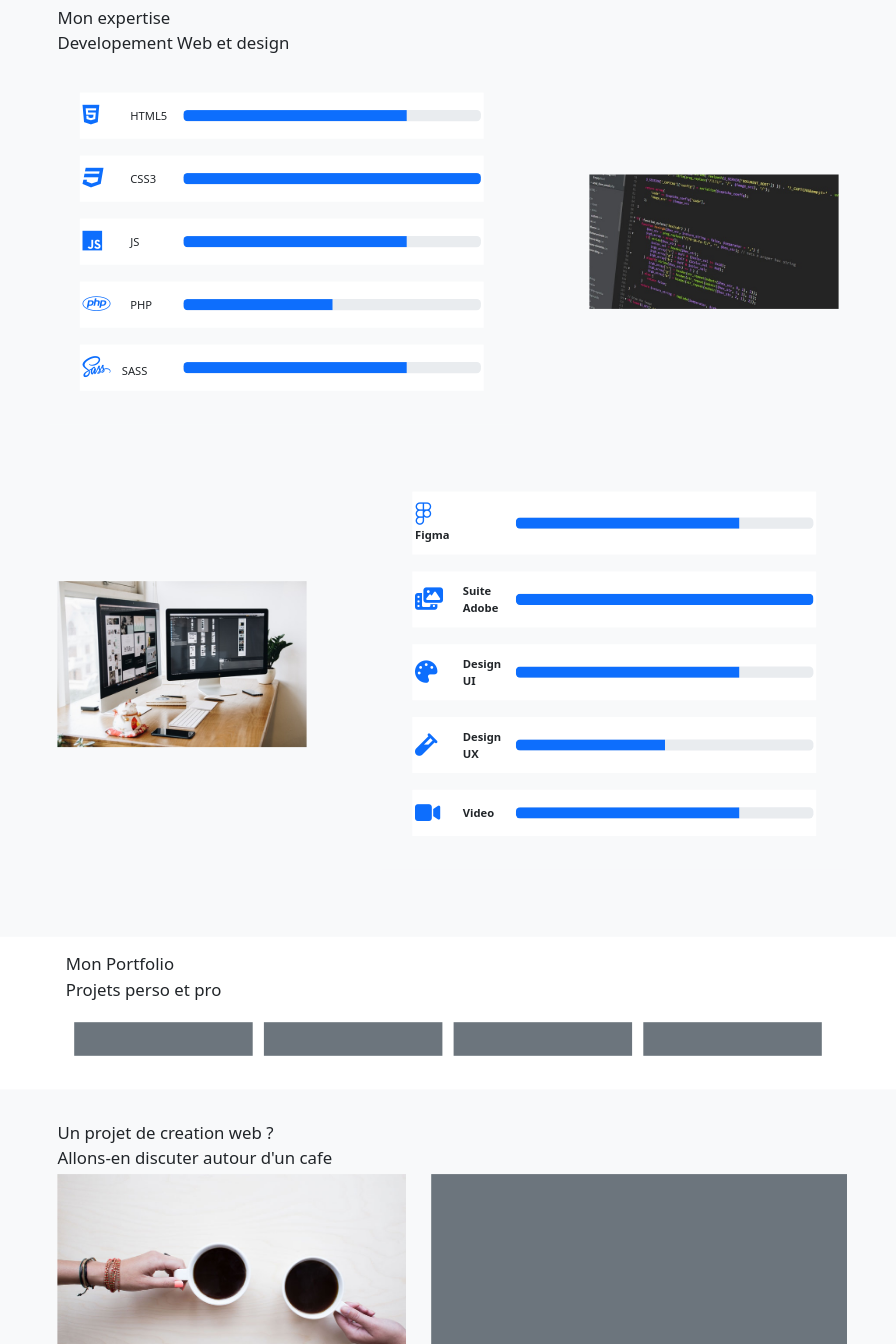
Repository: wadelfadill/Bootstrap_tache_1_portfolio
Page: index.html
An editor plug-in stored every save of this project. The page is shown before and after the next save, followed by the edit.
The browser window is 1280 px wide. The pictures show the part of the page from y = 815 to 2735 px (the page is 2982 px tall before and 3020 px after), at 70% of full size.
Some web libraries are served in a nearby version.

Above is the page before, as saved 2023-03-28 22:31:21.

### index.html
<!DOCTYPE html>
<html lang="en">
<head>
    <meta charset="UTF-8">
    <meta http-equiv="X-UA-Compatible" content="IE=edge">
    <meta name="viewport" content="width=device-width, initial-scale=1.0">
    <title>Portfolio_Bootstrap</title>
    <link href="https://cdn.jsdelivr.net/npm/bootstrap@5.3.0-alpha2/dist/css/bootstrap.min.css" rel="stylesheet" integrity="sha384-aFq/bzH65dt+w6FI2ooMVUpc+21e0SRygnTpmBvdBgSdnuTN7QbdgL+OapgHtvPp" crossorigin="anonymous">
    <link rel="stylesheet" href="https://cdn.jsdelivr.net/npm/bootstrap-icons@1.5.0/font/bootstrap-icons.css">
    <link rel="stylesheet" href="https://cdnjs.cloudflare.com/ajax/libs/font-awesome/5.15.4/css/all.min.css" integrity="sha512-1ycn6IcaQQ40/MKBW2W4Rhis/DbILU74C1vSrLJxCq57o941Ym01SwNsOMqvEBFlcgUa6xLiPY/NS5R+E6ztJQ==" crossorigin="anonymous" referrerpolicy="no-referrer" />
    <link rel="stylesheet" href="style.css">
    <!-- Font Awesome -->
    <script src="https://kit.fontawesome.com/14273d579a.js" crossorigin="anonymous"></script>
</head>
<body>
    <header>
        <nav class="navbar navbar-expand-md bg-light navbar-light container-fluid fixed-top">
            <div class="container">
                <a href="/index.html" class="nav-brand text-uppercase fw-bolder link-dark link-underline-opacity-0">
                    <span class="bg-primary bg-gradient p-1 rounded-3 text-light">JOHN</span>DOE
                </a>
                <button class="navbar-toggler" type="button" data-bs-toggle="collapse" data-bs-target="#navbarNav" aria-controls="navbarNav" aria-expanded="false" aria-label="Toggle navigation">
                    <span class="navbar-toggler-icon"></span>
                </button>
                <div class="collapse navbar-collapse justify-content-end" id="navbarNav">
                    <ul class="navbar-nav">
                        <li class="nav-item">
                            <a class="nav-link" href="#johndoe">Qui suis-je ?</a>
                        </li>
                        <li class="nav-item">
                            <a class="nav-link" href="#expertise">Expertises</a>
                        </li>
                        <li class="nav-item">
                            <a class="nav-link" href="#portfolio">Portfolio</a>
                        </li>
                        <li class="nav-item">
                            <a class="nav-link" href="#contact">Contact</a>
                        </li>
                    </ul>
                </div>
            </div>
        </nav>
    </header>
    <main>
        <section class="my-5">
            <div class="container">
                <div class="row gy-4 gy-md-0 align-items-center">
                    <div class="col-12 col-md-6 py-5 py-md-0">
                        <p class="h2 fw-bold">Je suis John Doe Developpeur et Designer Web</p>
                        <p class="h2 fw-light">Bienvenue dans mon univers creatif</p>
                        <a class="btn btn-primary mt-5" href="#expertise" role="button">Mon expertise Web</a>

                    </div>
                    <div class="col-12 col-md-6">
                        <img src="img/portrait.jpg" alt="profile de Jhon Doe" class="w-100">
                    </div>
                </div>
            </div>
        </section>
        <section>
            <div class="container-fluid bg-light py-5 mt-5">
                <div class="container">
                 <p class="h4 .fs-3 .fs-md-2" id="expertise">Mon expertise</p>
                 <p class="h4 .fs-3 .fs-md-2">Developement Web et design</p>
                <div class="row gy-4 gy-md-0 align-items-center">
                    <div class="col-12 col-md-7 bg-light p-5 justify-content-between gap-3">
                        <div class="row bg-body py-3 align-items-center gx-2">
                            <div class="col-3 d-flex align-items-center">
                                <div class="col-6"><i class="fab fa-html5 fa-2x me-3 text-primary" aria-hidden="true"></i></div>
                                <div class="col-6"><span class="pb-5">HTML5</span></div>
                            </div>
                            <div class="col-9">
                                <div class="progress">
                                    <div class="progress-bar" role="progressbar" style="width: 75%" aria-valuenow="75" aria-valuemin="0" aria-valuemax="100"></div>
                                </div>
                            </div>
                        </div>
                        <div class="row bg-body py-3 align-items-center gx-2 mt-4">
                            <div class="col-3 d-flex align-items-center">
                                <div class="col-6"><i class="fab fa-css3 fa-2x me-3 text-primary" aria-hidden="true"></i></div>
                                <div class="col-6"><span class="pb-5">CSS3</span> </div>
                            </div>
                            <div class="col-9">
                                <div class="progress">
                                    <div class="progress-bar" role="progressbar" style="width: 100%" aria-valuenow="100" aria-valuemin="0" aria-valuemax="100"></div>
                                </div>
                            </div>
                        </div>
                        <div class="row bg-body py-3 align-items-center gx-2 mt-4">
                            <div class="col-3 d-flex align-items-center">
                                <div class="col-6"><i class="fab fa-js fa-2x me-3 text-primary" aria-hidden="true"></i></div>
                                <div class="col-6"> <span class="pb-5">JS</span></div>
                            </div>
                            <div class="col-9">
                                <div class="progress">
                                    <div class="progress-bar" role="progressbar" style="width: 75%" aria-valuenow="75" aria-valuemin="0" aria-valuemax="100"></div>
                                </div>
                            </div>
                        </div>
                        <div class="row bg-body py-3 align-items-center gx-2 my-4">
                            <div class="col-3 d-flex align-items-center">
                                <div class="col-6"><i class="fab fa-php fa-2x me-3 text-primary" aria-hidden="true"></i></div>
                                <div class="col-6"><span class="pb-5">PHP</span></div>
                            </div>
                            <div class="col-9">
                                <div class="progress">
                                    <div class="progress-bar" role="progressbar" style="width: 50%" aria-valuenow="50" aria-valuemin="0" aria-valuemax="100"></div>
                                </div>
                            </div>
                        </div>
                        <div class="row bg-body py-3 align-items-center gx-2">
                            <div class="col-3">
                                <i class="fab fa-sass fa-2x me-3 text-primary" aria-hidden="true"></i><span class="pb-5">SASS</span>
                            </div>
                            <div class="col-9">
                                <div class="progress">
                                    <div class="progress-bar" role="progressbar" style="width: 75%" aria-valuenow="75" aria-valuemin="0" aria-valuemax="100"></div>
                                </div>
                            </div>
                        </div>
                    </div>
                    <div class="col-12 col-md-4 offset-md-1">
                        <img src="img/code.jpg" alt="" class="w-100">
                    </div>
                </div>
                <div class="row my-5 gy-4 gy-md-0 align-items-center">
                    <div class="col-12 col-md-4">
                        <img src="img/design.jpg" alt="" class="w-100">
                    </div>
                    <div class="col-12 col-md-7 bg-light offset-md-1 p-5">
                        <div class="row bg-body py-3 align-items-center gx-2">
                            <div class="col-3">
                                <div class="col-6"><i class="fab fa-figma fa-2x me-3 text-primary" aria-hidden="true"></i></div>
                                <div class="col-6"><span class="pb-5 fw-bold">Figma</span></div>
                            </div>
                            <div class="col-9">
                                <div class="progress">
                                    <div class="progress-bar" role="progressbar" style="width: 75%" aria-valuenow="75" aria-valuemin="0" aria-valuemax="100"></div>
                                </div>
                            </div>
                        </div>
                        <div class="row bg-body py-3 align-items-center gx-2 mt-4">
                            <div class="col-3 d-flex align-items-center">
                                <div class="col-6"><i class="fas fa-photo-video fa-2x me-3 text-primary" aria-hidden="true"></i></div>
                                <div class="col-6"><span class="pb-5 fw-bold text-wrap">Suite Adobe</span></div>
                            </div>
                            <div class="col-9">
                                <div class="progress">
                                    <div class="progress-bar" role="progressbar" style="width: 100%" aria-valuenow="100" aria-valuemin="0" aria-valuemax="100"></div>
                                </div>
                            </div>
                        </div>
                        <div class="row bg-body py-3 align-items-center gx-2 mt-4">
                            <div class="col-3 d-flex align-items-center">
                                <div class="col-6"><i class="fas fa-palette fa-2x me-3 text-primary" aria-hidden="true"></i></div>
                                <div class="col-6"></i><span class="pb-5 fw-bold">Design UI</span></div>

                            </div>
                            <div class="col-9">
                                <div class="progress">
                                    <div class="progress-bar" role="progressbar" style="width: 75%" aria-valuenow="75" aria-valuemin="0" aria-valuemax="100"></div>
                                </div>
                            </div>
                        </div>
                        <div class="row bg-body py-3 align-items-center gx-2 my-4">
                            <div class="col-3 d-flex align-items-center">
                                <div class="col-6"><i class="fas fa-vial fa-2x me-3 text-primary" aria-hidden="true"></i></div>
                                <div class="col-6"><span class="pb-5 fw-bold">Design UX</span></div>
                            </div>
                            <div class="col-9">
                                <div class="progress">
                                    <div class="progress-bar" role="progressbar" style="width: 50%" aria-valuenow="50" aria-valuemin="0" aria-valuemax="100"></div>
                                </div>
                            </div>
                        </div>
                        <div class="row bg-body py-3 align-items-center gx-2">
                            <div class="col-3 d-flex align-items-center">
                                <div class="col-6"><i class="fas fa-video fa-2x me-3 text-primary" aria-hidden="true"></i></div>
                                <div class="col-6"></i><span class="pb-5 fw-bold">Video</span></div>
                            </div>
                            <div class="col-9">
                                <div class="progress">
                                    <div class="progress-bar" role="progressbar" style="width: 75%" aria-valuenow="75" aria-valuemin="0" aria-valuemax="100"></div>
                                </div>
                            </div>
                        </div>
                    </div>
                </div>
             </div>
            </div>

        </section>
        <section class="container">
            <div class="container my-4">
                <p class="h4 .fs-3 .fs-md-2" id="portfolio">Mon Portfolio</p>
                <p class="h4 .fs-3 .fs-md-2">Projets perso et pro</p>
                <div class="row gap-3 p-4">
                    <div class="col-12 col-md bg-secondary py-4"></div>
                    <div class="col-12 col-md bg-secondary py-4"></div>
                    <div class="col-12 col-md bg-secondary py-4"></div>
                    <div class="col-12 col-md bg-secondary py-4"></div>
                </div>
            </div>
        </section>
        <section class="p-5 bg-light">
            <div class="container">
                <p class="h4 .fs-3 .fs-md-2" id="contact">Un projet de creation web ?</p>
                <p class="h4 .fs-3 .fs-md-2">Allons-en discuter autour d'un cafe</p>
                <div class="row gap-4 gy-4 gy-md-0">
                    <div class="col-12 col-md">
                        <img src="img/grab-a-coffee.jpg" class="w-100" alt="">
                    </div>
                    <div class="col-12 col-md bg-secondary p-5"></div>
                </div>
            </div>
        </section>
    </main>
    <footer>
        <div class="container">
            <div class="row gap-3 py-3">
                <div class="col-12 col-md p-4 bg-secondary"></div>
                <div class="col-12 col-md p-4 bg-secondary"></div>
                <div class="col-12 col-md p-4 text-md-end">
                    <a href="#" target="_blank" class="link-dark link-underline-opacity-0">
                        <i class="bi bi-linkedin h4"></i>
                    </a>
                    <a href="#" target="_blank" class="link-dark link-underline-opacity-0">
                        <i class="bi bi-instagram h4"></i>
                    </a>
                    <a href="#" target="_blank" class="link-dark link-underline-opacity-0">
                        <i class="bi bi-twitter h4"></i>
                    </a>
                </div>
            </div>
        </div>
    </footer>
    <script src="https://cdn.jsdelivr.net/npm/bootstrap@5.3.0-alpha2/dist/js/bootstrap.bundle.min.js" integrity="sha384-qKXV1j0HvMUeCBQ+QVp7JcfGl760yU08IQ+GpUo5hlbpg51QRiuqHAJz8+BrxE/N" crossorigin="anonymous"></script>

</body>
</html>

Loaded but not shown: style.css (no stored copy; drawn as an empty file)

After the next save:
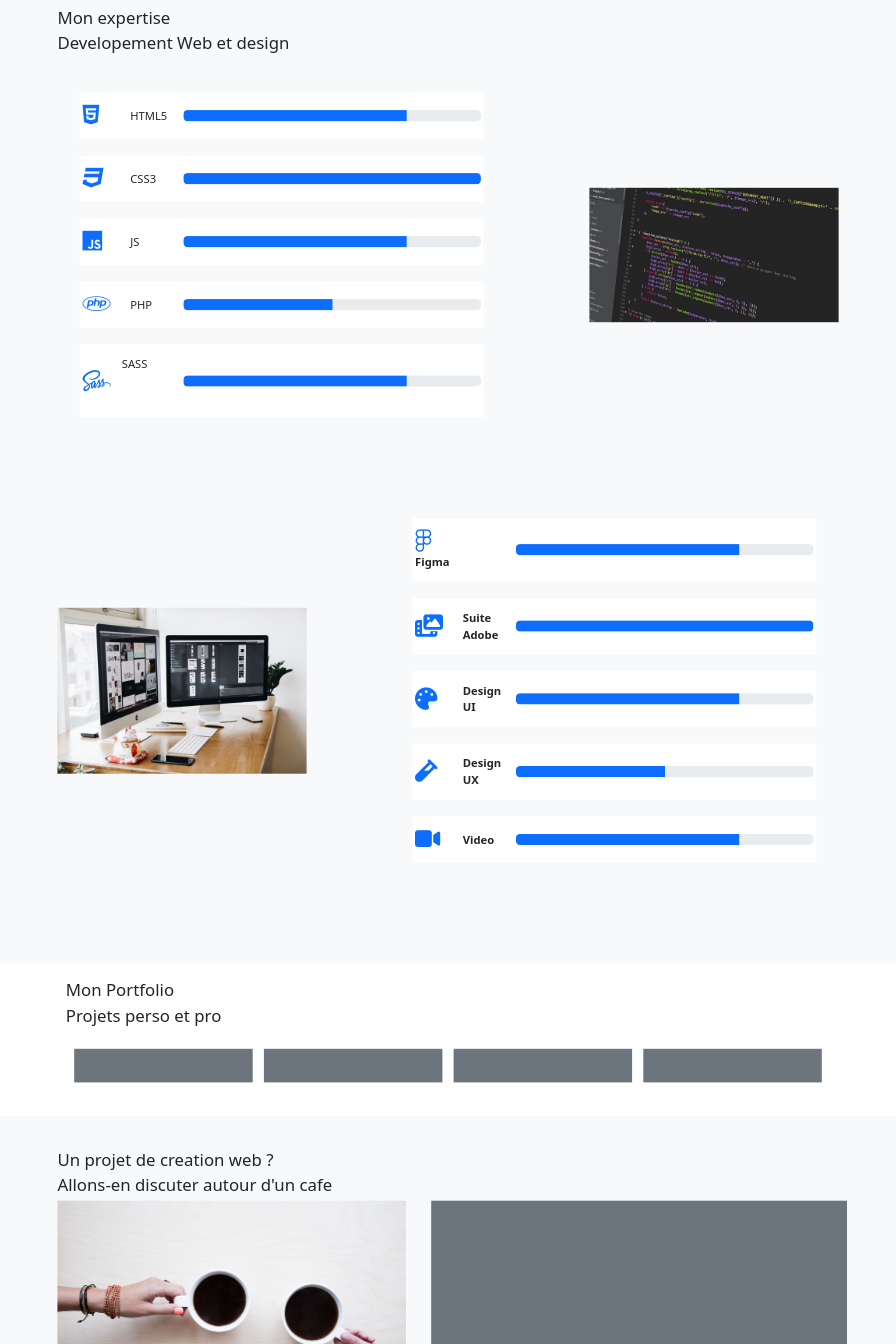
Saved 14 s later.
--- a/index.html
+++ b/index.html
@@ -109,7 +109,7 @@
                             </div>
                         </div>
                         <div class="row bg-body py-3 align-items-center gx-2">
-                            <div class="col-3">
+                            <div class="col-3 d-flex align-items-center">
                                 <i class="fab fa-sass fa-2x me-3 text-primary" aria-hidden="true"></i><span class="pb-5">SASS</span>
                             </div>
                             <div class="col-9">

After the save that followed:
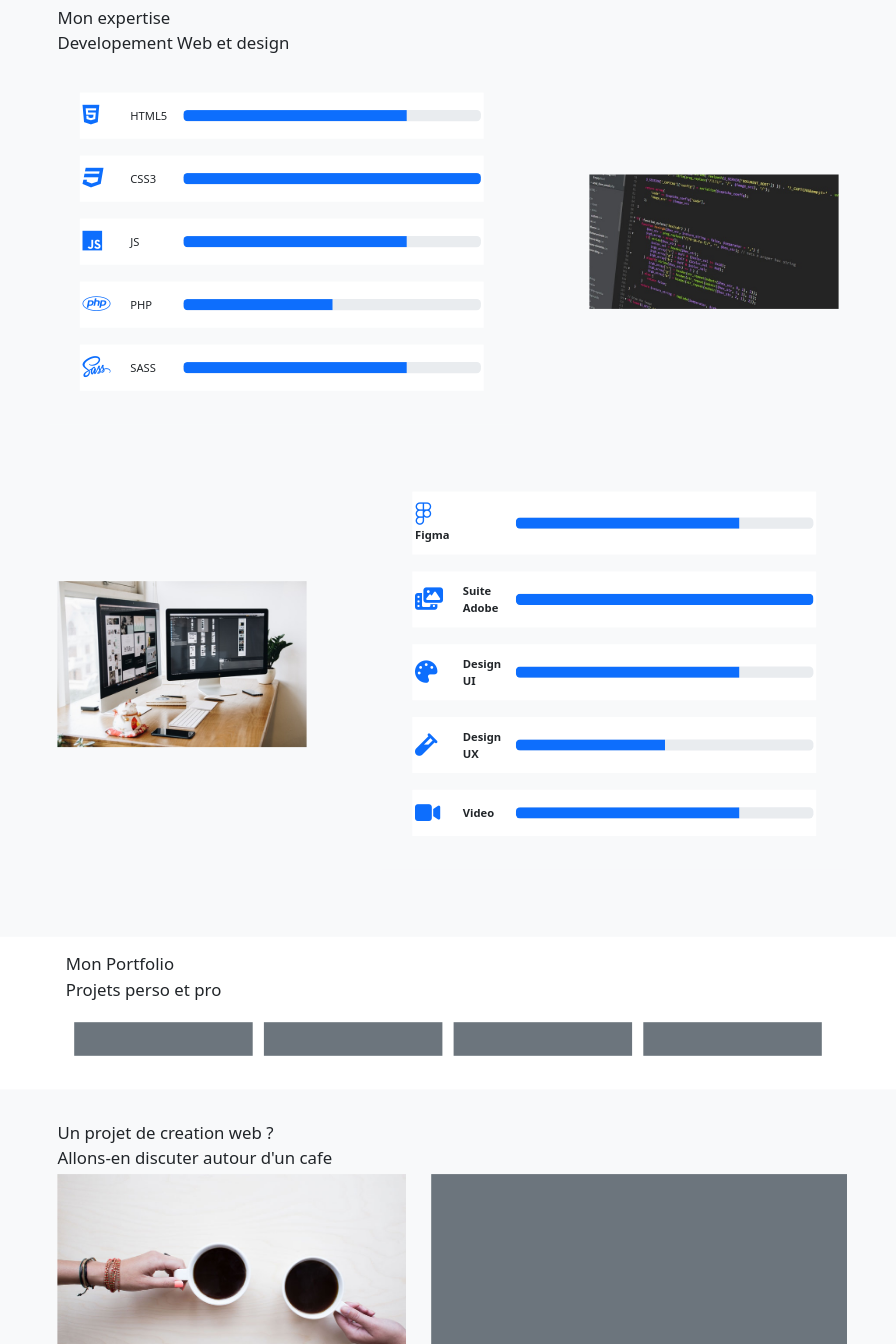
Saved 27 s later.
--- a/index.html
+++ b/index.html
@@ -110,7 +110,8 @@
                         </div>
                         <div class="row bg-body py-3 align-items-center gx-2">
                             <div class="col-3 d-flex align-items-center">
-                                <i class="fab fa-sass fa-2x me-3 text-primary" aria-hidden="true"></i><span class="pb-5">SASS</span>
+                                <div class="col-6"><i class="fab fa-sass fa-2x me-3 text-primary" aria-hidden="true"></i></div>
+                                <div class="col-6"><span class="pb-5">SASS</span></div>
                             </div>
                             <div class="col-9">
                                 <div class="progress">
